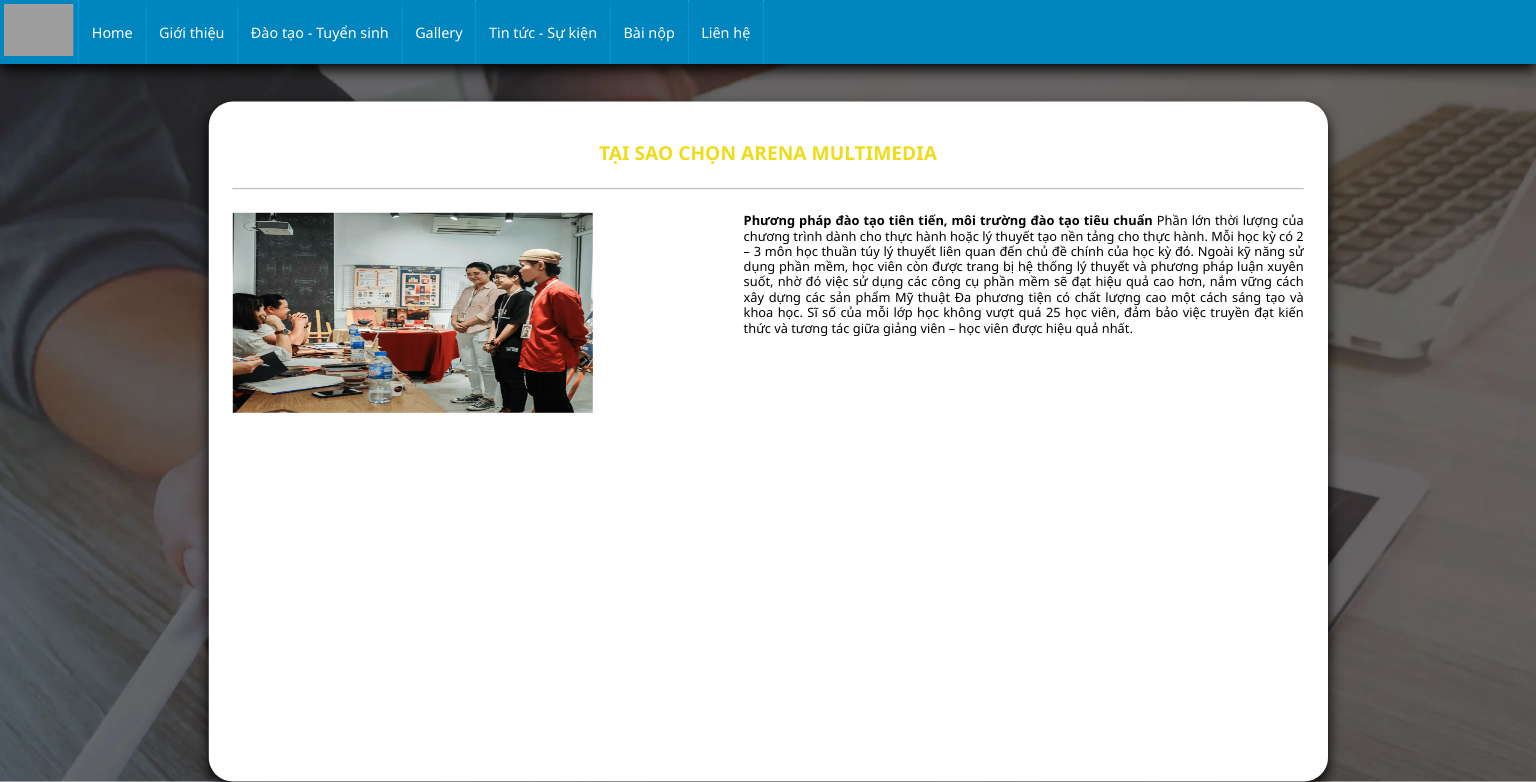
Repository: arena-dttan/dcw-final-exam-d2107m1
Page: final-list/DCW_Final_5_Nguyen-Thi-Thu-Huong_D2107M1/gioi-thieu.html
These files come from the project's save history. The page is drawn as it stood at one moment and after a run of saves; the edit follows.
The browser window is 1280 px wide. The page is 1920 px wide, so the pictures cover 1920 px, including what lies to the right of the window. The pictures show the whole page, at 80% of full size.
Pictures or frames that could not be fetched are drawn as grey boxes.

Above is the page before, as saved 2022-06-26 15:18:35.

After the next 2 saves:
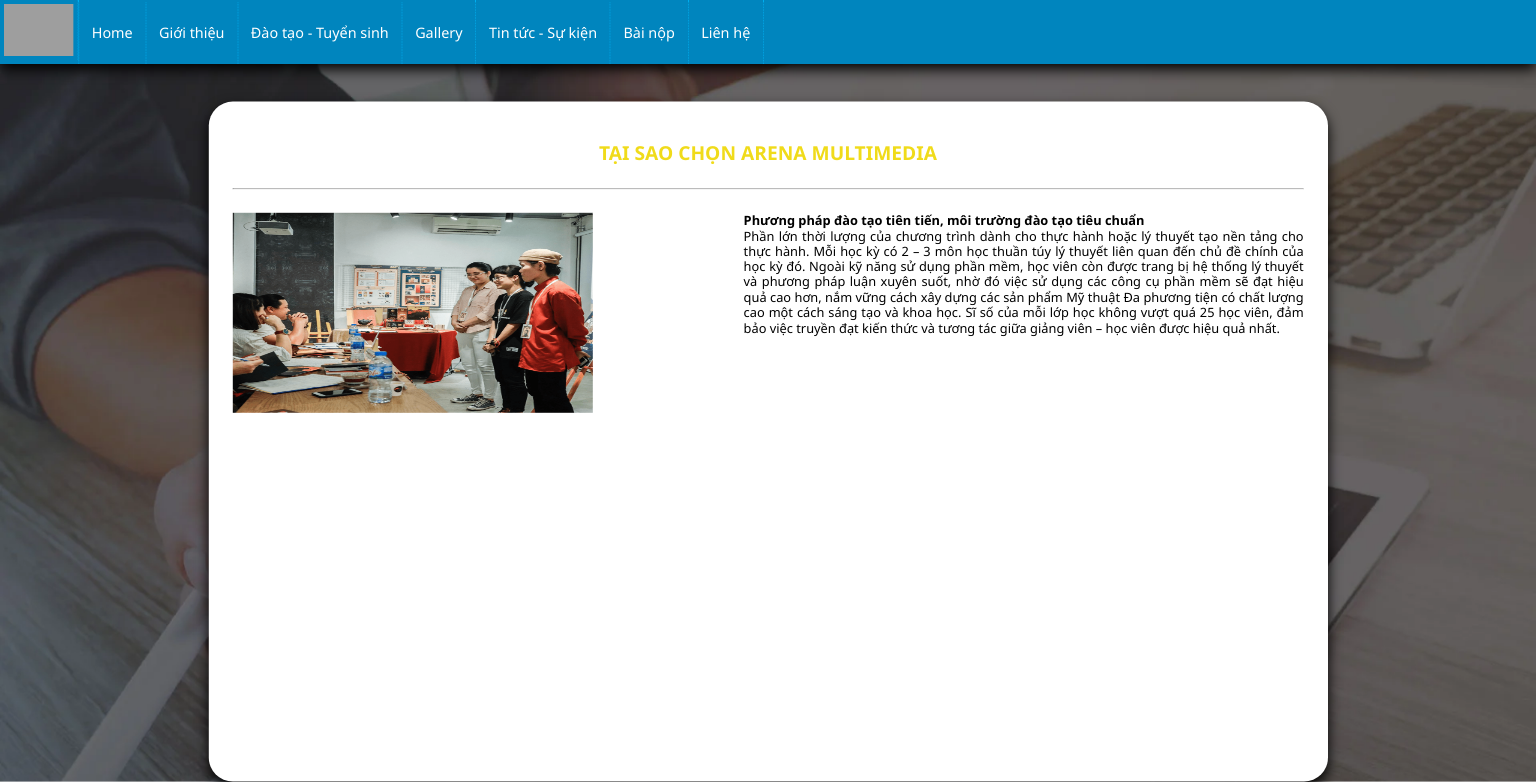
The 2 saves are shown as one change because they came seconds apart.
The last was saved 12 s later.
--- a/final-list/DCW_Final_5_Nguyen-Thi-Thu-Huong_D2107M1/gioi-thieu.html
+++ b/final-list/DCW_Final_5_Nguyen-Thi-Thu-Huong_D2107M1/gioi-thieu.html
@@ -68,7 +68,7 @@
                     <div class="img-test">
                         <img src="./images/gioi-thieu-1.png" alt="gioi-thieu-1">
                         <P>
-                        <b>Phương pháp đào tạo tiên tiến, môi trường đào tạo tiêu chuẩn</b>
+                        <b>Phương pháp đào tạo tiên tiến, môi trường đào tạo tiêu chuẩn</b> <br>
                         Phần lớn thời lượng của chương trình dành cho thực hành hoặc lý thuyết
                         tạo nền tảng cho thực hành. Mỗi học kỳ có 2 – 3 môn học thuần túy lý thuyết
                         liên quan đến chủ đề chính của học kỳ đó. Ngoài kỹ năng sử dụng phần
